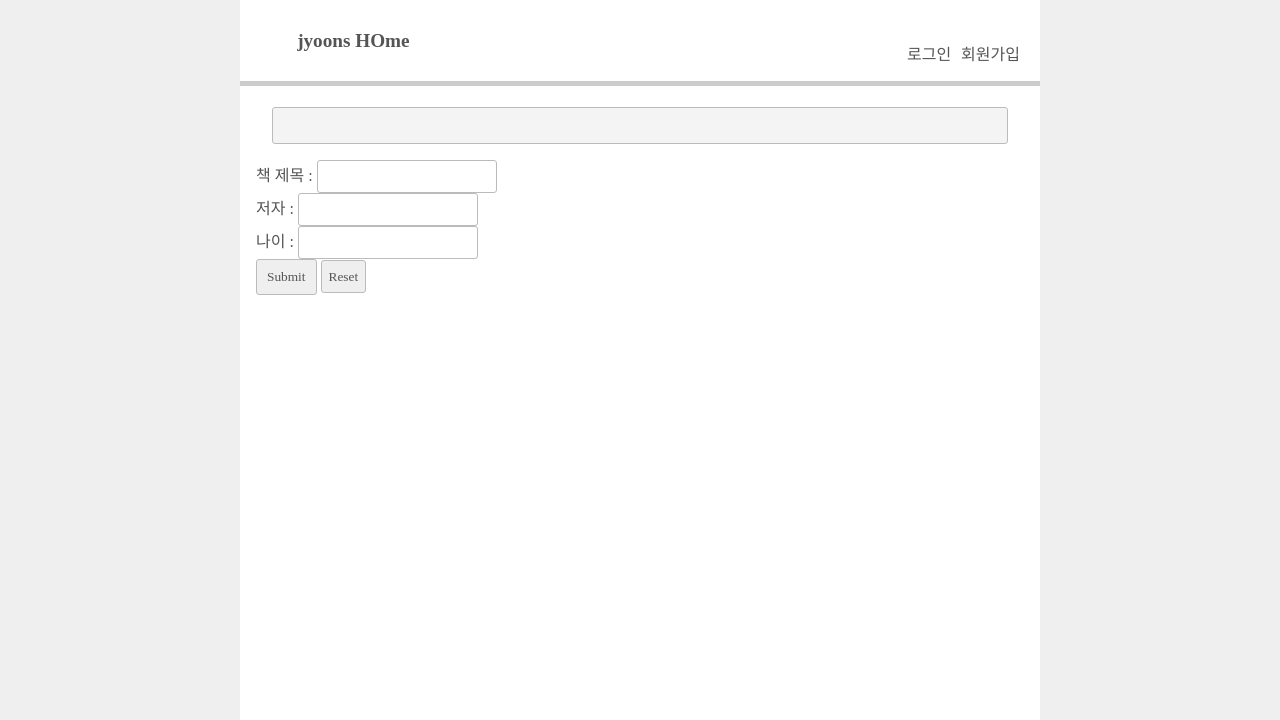
Repository: jyoons00/JSP-sample
Page: http://localhost/jspPro/days01/ex02.jsp
These files come from the project's save history. The page is drawn as it stood at one moment and after the next save; the edit follows.
The browser window is 1280 px wide. The pictures show the whole page.
Some web fonts or font styles are not loaded; a fallback is used. The page is served by Tomcat 9. Other server files are loaded and not shown.

Above is the page before, as saved 2024-10-15 05:08:20.

### jspPro/src/main/webapp/days01/ex02.jsp
<%@ page contentType="text/html; charset=UTF-8" pageEncoding="UTF-8"%>
<!DOCTYPE html>
<html>
<head>
<meta charset="UTF-8" />
<title>Insert title here</title>
<link rel="shortcut icon" type="image/x-icon"
	href="http://localhost/jspPro/images/SiSt.ico" />
<script
	src="https://ajax.googleapis.com/ajax/libs/jquery/3.7.1/jquery.min.js"></script>
<meta name="viewport" content="width=device-width, initial-scale=1.0" />
<link rel="stylesheet"
	href="http://localhost/jspPro/resources/cdn-main/example.css" />
<script src="http://localhost/jspPro/resources/cdn-main/example.js"></script>
<style>
span.material-symbols-outlined {
	vertical-align: text-bottom;
}
</style>
</head>
<body>
	<header>
		<h1 class="main">
			<a href="#" style="position: absolute; top: 30px">jyoons HOme</a>
		</h1>
		<ul>
			<li><a href="#">로그인</a></li>
			<li><a href="#">회원가입</a></li>
		</ul>
	</header>
	<div>
		<xmp class="code"> </xmp>

		<form action="ex02_el_ok.jsp">
			책 제목 : <input type="text" id="title" name="title"
				autofocus="autofocus"><br> 저자 : <input type="text"
				id="author" name="author" autofocus="autofocus"><br> 나이
			: <input type="text" id="age" name="age" autofocus="autofocus"><br>
			<!-- <button type="button">submit</button> -->
			<input type="submit"> <input type="reset">
		</form>
	</div>

	<script>
		function validateForm() {
			var title = document.getElementById("title").value;
			var author = document.getElementById("author").value;
			var age = document.getElementById("age").value;
			if (!title || !author) {
				alert("제목과 저자를 입력하세요");
				return false;
			}
			return true;
		}
	</script>
</body>
</html>

### jspPro/src/main/webapp/resources/cdn-main/example.css
@charset "UTF-8";

@import url('https://fonts.googleapis.com/css2?family=Material+Symbols+Outlined:opsz,wght,FILL,GRAD@20..48,100..700,0..1,-50..200');

@font-face {
    font-family: 'GmarketSansMedium';
    src: url('https://cdn.jsdelivr.net/gh/projectnoonnu/noonfonts_2001@1.1/GmarketSansMedium.woff') format('woff');
    font-weight: normal;
    font-style: normal;
}

:root {
	--text-color: #555;
	--sub-text-color: #777;
	--back-color: #EFEFEF;
	--header-color: #444;
	--primary-color: #DEDEDE;
	--secondary-color: #EFEFEF;
	--default-width: 800px;
	--narrow-width: 500px;
	--wide-width: 1200px;
	--text-font: 'GmarketSansMedium';
	--icon-font: 'Material Symbols Outlined';
	--border-color: #CCC;
}

html, body {
	margin: 0;
	padding: 0;
}

html {
	background-color: var(--back-color);
	display: flex;
	justify-content: center;
	min-height: 100vh;
}

body, body.default {
	width: var(--default-width);
	background-color: white;
	padding-bottom: 120px;
}

body.wide {
	width: var(--wide-width);
}

body.narrow {
	width: var(--narrow-width);
}



body, p, div, span, a, input, select, option, textarea, button, table, th, td, label, fieldset, legend {
	font-family: var(--text-font);
	color: var(--text-color);
}

h1, h2, h3 {
	font-family: var(--text-font);
	color: var(--header-color);
	padding: 0 1rem;
	padding-top: .5rem;
}

div > h1, div > h2, div > h3 {
	padding: 0;
}

body > div, body > main > div {
	padding: 0.3rem 1rem;
}


h1 { font-size: 2rem; border-bottom: 1px solid var(--border-color); }
h1 small { font-size: 1.2rem; color: var(--sub-text-color); }
h2 { font-size: 1.5rem; border-bottom: 1px dashed var(--border-color); }
h2 small { font-size: 1.1rem; color: --sub-text-color; }
h3 { font-size: 1.2rem; }
h3 small { font-size: 1rem; color: --sub-text-color; }



h1.main::before {
	font-family: var(--icon-font);
  	content: '\e666';
  	margin-right: 10px;
  	float: left;
	font-size: 2.5rem;
}

h1.sub::before {
	font-family: var(--icon-font);
  	content: '\ea19';
  	margin-right: 10px;
  	float: left;
	font-size: 2.5rem;
}


h1.page::before {
	font-family: var(--icon-font);
  	content: '\e0e0';
  	margin-right: 10px;
  	float: left;
	font-size: 2.5rem;
}

body > header > ul > li > .active{
	background-color: #FFF;
	color:#F00;
}

body > header {
	display: flex;
	justify-content: space-between;
	border-bottom: 5px solid var(--border-color);
	min-height: 74px;
	background-color: #FFF;
}

body > header.sticky {
	position: sticky;
	top: 0;
	z-index: 98;
}

body > header > h1 {
	font-size: 1.2rem;
	border: 0;
}

body > header.in > h1::before {
	font-family: var(--icon-font);
  	content: '\e332‥';
  	margin-right: 3px;
  	float: left;
	font-size: 2rem;
}


body > header > ul {
	list-style-type: none;
	display: flex;
	align-items: flex-end;
	margin-right: 10px;
}

body > header > ul > li {
	margin-right: 10px;
	cursor: pointer;
}

body > header > ul > li > a {
	cursor: pointer;
}


form {
	display: block;
}

form > div {
	padding: 0.3rem 1rem;
}

div > form > div {
	padding: 0.3rem 0;
}

input, textarea, button, select {
	border: 1px solid #BBB;
	border-radius: 3px;
	outline: none;
	resize: none;
	padding: 7px;
	margin: 0;
}

input[type=text]:read-only, textarea:read-only {
	cursor: not-allowed;
	background-color: #FFF;
}

input[type=text]:disabled, textarea:disabled {
	cursor: not-allowed;
	background-color: #EEE;
}

input[type=text], input[type=password], textarea, button, select {
	/* width: 300px; */
}

textarea {
	display: block;
	height: 100px;
}

input[type=button], input[type=submit], button {
	/* width: inherit; */
}

input.short, textarea.short, button.short, select.short {
	width: 100px;
}

input.long, textarea.long, button.long, select.long {
	width: 350px;
}

.narrow input.long, .narrow textarea.long, .narrow button.long, .narrow select.long {
	width: calc(100% - 20px);
}

input.full, textarea.full, button.full, select.full {
	width: calc(100% - 20px);
}

textarea.short {
	height: 50px;
}

textarea.long {
	height: 100px;
}

textarea.full {
	height: 200px;
}

input, textarea {
	padding-top: 8px;
}

input[type=button], input[type=submit], button {
	padding: 5px 10px;
	background-color: var(--secondary-color);
	cursor: pointer;
	min-height: 36px;
}

input[type=button].primary, input[type=submit].primary, button.primary {
	/* background-color: rgba(100, 149, 237, .2); */
	background-color: var(--primary-color);
}

input[type=button].primary:hover, input[type=submit].primary:hover, button.primary:hover {
	/* background-color: rgba(100, 149, 237, .3); */
	background-color: var(--secondary-color);
}

input[type=button]:hover, input[type=submit]:hover, button:hover {
	background-color: var(--primary-color);
}

button {
	position: relative;
	left: 0;
	top: 0;
	padding-left: 35px;
}

button .material-symbols-outlined {
	position: absolute;
	left: 10px;
	top: 4px;
}

/* k2nik add */
button.login::before {
	font-family: var(--icon-font);
  	content: '\ea77';
	position: absolute;
	left: 11px;
	top: 4px;
	font-size: 1.25rem;
}

/* k2nik logout */
button.logout::before {
	font-family: var(--icon-font);
  	content: '\e9ba';
	position: absolute;
	left: 11px;
	top: 4px;
	font-size: 1.25rem;
}

/* k2nik help */
button.help::before {
	font-family: var(--icon-font);
  	content: '\f1c0';
	position: absolute;
	left: 11px;
	top: 4px;
	font-size: 1.25rem;
}

button.add::before{
	font-family: var(--icon-font);
  	content: '\e746';
	position: absolute;
	left: 11px;
	top: 4px;
	font-size: 1.25rem;
}

button.back::before {
	font-family: var(--icon-font);
  	content: '\e166';
	position: absolute;
	left: 11px;
	top: 4px;
	font-size: 1.25rem;
}

button.list::before {
	font-family: var(--icon-font);
  	content: '\e0ee';
	position: absolute;
	left: 11px;
	top: 4px;
	font-size: 1.25rem;
}


button.del::before {
	font-family: var(--icon-font);
  	content: '\e872';
	position: absolute;
	left: 11px;
	top: 4px;
	font-size: 1.25rem;
}


button.edit::before {
	font-family: var(--icon-font);
  	content: '\e745';
	position: absolute;
	left: 11px;
	top: 4px;
	font-size: 1.25rem;
}


button.login::before {
	font-family: var(--icon-font);
  	content: '\ea77';
	position: absolute;
	left: 11px;
	top: 4px;
	font-size: 1.25rem;
}


button.logout::before {
	font-family: var(--icon-font);
  	content: '\e9ba';
	position: absolute;
	left: 11px;
	top: 4px;
	font-size: 1.25rem;
}


button.in::before {
	font-family: var(--icon-font);
  	content: '\f71a';
	position: absolute;
	left: 11px;
	top: 4px;
	font-size: 1.25rem;
}


button.out::before {
	font-family: var(--icon-font);
  	content: '\f70e';
	position: absolute;
	left: 11px;
	top: 4px;
	font-size: 1.25rem;
}


button.reply::before {
	font-family: var(--icon-font);
  	content: '\e15e';
	position: absolute;
	left: 11px;
	top: 4px;
	font-size: 1.25rem;
}


button.comment::before {
	font-family: var(--icon-font);
  	content: '\e0b9';
	position: absolute;
	left: 11px;
	top: 4px;
	font-size: 1.25rem;
}


button.modal::before {
	font-family: var(--icon-font);
  	content: '\e89e';
	position: absolute;
	left: 11px;
	top: 4px;
	font-size: 1.25rem;
}


button.ok::before {
	font-family: var(--icon-font);
  	content: '\e86c';
	position: absolute;
	left: 11px;
	top: 4px;
	font-size: 1.25rem;
}


button.cancel::before {
	font-family: var(--icon-font);
  	content: '\e5c9';
	position: absolute;
	left: 11px;
	top: 4px;
	font-size: 1.25rem;
}

button.search::before {
	font-family: var(--icon-font);
  	content: '\e8b6';
	position: absolute;
	left: 11px;
	top: 4px;
	font-size: 1.25rem;
}

button.home::before {
	font-family: var(--icon-font);
  	content: '\e88a';
	position: absolute;
	left: 11px;
	top: 4px;
	font-size: 1.25rem;
}


button.sidebar::before {
	font-family: var(--icon-font);
  	content: '\f7e4';
	position: absolute;
	left: 11px;
	top: 4px;
	font-size: 1.25rem;
}


button.sidebar-right::before {
	font-family: var(--icon-font);
  	content: '\f7e5';
	position: absolute;
	left: 11px;
	top: 4px;
	font-size: 1.25rem;
}




button::before {
	font-family: var(--icon-font);
  	content: '\e323';
	position: absolute;
	left: 11px;
	top: 4px;
	font-size: 1.25rem;
}


table {
	border-collapse: collapse;
	margin: 1rem;
	box-sizing: border-box;
	width: calc(100% - 32px);
}

table.content {
	width: auto;
}

div > table {
	margin: 0;
}

table th, table td {
	border: 1px solid var(--border-color);
	padding: 7px;
	font-weight: normal;
}

table th {
	background-color: var(--back-color);
}

table.vertical th {
	width: 150px;
}

table.vertical td {
	width: calc(100% - 182px);
	padding-left: 10px;
}

table.content td, table.content th {
	width: auto;
}

body.narrow table.vertical th {
	width: 100px;
}

body.narrow table.vertical td {
	width: calc(100% - 182px);
}


table + table {
	margin-top: 30px;
}


p {
	padding: 0 1rem;
}

a {
	text-decoration: none;
}

a:hover {
	color: rgba(255, 99, 71, .7);
}

hr {
	border: 0;
	border-top: 1px solid var(--border-color);
	margin: 2rem 0;
}

.message {
	border: 1px solid var(--border-color);
	background-color: #EFEFEF;
	margin: 1rem;
	width: auto;
	padding-top: 10px;
	padding-bottom: 10px;
	font-size: 14px;
}

.message[title]::before {
	content: attr(title);
	display: block;
	border-bottom: 1px solid var(--border-color);
	padding-bottom: 5px;
	margin-bottom: 10px;
	margin-top: 7px;
}

.message.short {
	max-width: 250px;
}

.message.long {
	max-width: 500px;
}

.badge {
	float: right;
	font-size: .8rem;
	margin-top: 2px;
	margin-right: 2px;
	text-shadow: 0 0 7px gray;
}

.badge.left {
	float: none;
	margin-left: 2px;
}

.badge.right {
	float: right;
}

.badge.red {
	border-radius: 50%;
	padding: 2px 5px;
	background-color: rgb(255, 99, 71, .3);
}

.badge.yellow {

	border-radius: 50%;
	padding: 2px 5px;
	background-color: rgb(255, 215, 0, .5);
}

.badge.blue {
	border-radius: 50%;
	padding: 2px 5px;
	background-color: rgb(100, 149, 237, .3);
}

label + label {
	margin-left: 7px;
}

label input[type=checkbox], label input[type=radio] {
	transform: translate(0, 1px);
}

.group {
	display: flex;
}

.modal-content .group {
	margin-bottom: .5rem;
}

.group label {
	border: 1px solid #BBB;
	border-radius: 3px;
	outline: none;
	resize: none;
	padding: 7px 14px;
	margin: 0;
	border-top-right-radius: 0;
	border-bottom-right-radius: 0;
	background-color: #EFEFEF;
	white-space: nowrap;
	font-size: 14px;
}

.group input[type=text] {
	margin-left: -1px;
	border-top-left-radius: 0;
	border-bottom-left-radius: 0;
}

.group select {
	margin-left: -1px;
	border-top-left-radius: 0;
	border-bottom-left-radius: 0;
}

.group input.full[type=text] {
	margin-left: -1px;
	border-top-left-radius: 0;
	border-bottom-left-radius: 0;
	width: 100%;
}

.group input[type=button]:first-child, .group button:first-child {
	border-top-left-radius: 3px;
	border-bottom-left-radius: 3px;
	margin-left: 0px;
}

.group input[type=button], .group button {
	border-radius: 0;
	margin-left: -1px;
}

.group input[type=button]:last-child, .group button:last-child {
	margin-left: -1px;
	border-top-right-radius: 3px;
	border-bottom-right-radius: 3px;
}

.seperate {
	display: flex;
	justify-content: space-between;
}

div.list {
	width: max-content;
	margin: 1rem;
	border: 1px solid #BBB;
	border-radius: 3px;
	padding: 0;
}

div.list.full {
	width: auto;
	display: block;
	margin: 1rem;
	border: 1px solid #BBB;
	border-radius: 3px;
	padding: 0;
}

div.list > div {
	padding: .5rem 1rem;
	margin: 0;
	border-bottom: 1px solid #BBB;
}

div.list > div:last-child {
	border-bottom: 0;
}

pre.code , xmp.code{
	font-family: consols;
	background-color: rgba(150, 150, 150, .1);
	border: 1px solid #BBB;
	border-radius: 3px;
	padding: .5rem 1rem;
	padding-bottom: .6rem;
	margin: 1rem;
}




*[data-modal-window] {
	position: fixed;
	background-color: rgba(0, 0, 0, .3);
	left: 0;
	top: 0;
	display: none;
	justify-content: center;
	align-items: flex-start;
	width: 100%;
	min-height: 100vh;
	z-index: 100;
	opacity: 0;
	transition: 500ms all;
}

*[data-modal-window] .modal-container {
	border-radius: 5px;
	padding: 1rem;
	padding-bottom: .5rem;
	margin-top: -500px;
	opacity: 0;
	width: 500px;
	background-color: #FFF;
	margin-right: 2rem;
	transition: 500ms all;
}

*[data-modal-size=content] .modal-container {
	width: auto;
}

*[data-modal-size=narrow] .modal-container {
	width: 300px;
}

*[data-modal-size=wide] .modal-container {
	width: 760px;
}


*[data-modal-window] .modal-header {
	border-bottom: 1px solid var(--border-color);
	padding: 2px 5px;
}

*[data-modal-window] .modal-content {
	padding: 1rem 5px;
}

*[data-modal-window] .modal-content div:last-child {
	margin-top: 1rem;
	text-align: right;
}



*[data-sidebar-window] {
	position: fixed;
	background-color: #FFF;
	left: 0;
	top: 0;
	display: block;
	width: 300px;
	border-right: 1px solid var(--border-color);
	box-sizing: border-box;
	box-shadow: 0 0 3px var(--back-color);
	min-height: 100vh;
	z-index: 99;
	transform: translate(-300px, 0);
	transition-duration: 500ms;
	transition-property: transform;
}

*[data-sidebar-direction=right] {
	left: auto;
	right: 0;
	transform: translate(300px, 0);
	border-left: 1px solid var(--border-color);
}

*[data-sidebar-size=wide] {
	width: 500px;
	transform: translate(-500px, 0);
}

*[data-sidebar-window] .sidebar-title {
	border-bottom: 1px solid var(--border-color);
	margin-top: 20px;
	margin-bottom: 20px;
	padding-bottom: 5px;
	display: flex;
	justify-content: space-between;
}

*[data-sidebar-window] .sidebar-title span:last-child {
	cursor: pointer;
}


/* K2Nik pagination */
.center {
  text-align: center;
}

.pagination {
  display: inline-block;
}

.pagination a {
  color: black;
  float: left;
  padding: 3px 6px;
  text-decoration: none;
  transition: background-color .3s;
  border: 1px solid #ddd;
  margin: 0 3px;
}

.pagination a.active {
  background-color: #4CAF50;
  color: white;
  border: 1px solid #4CAF50;
}

.pagination a:hover:not(.active) {background-color: #ddd;}

### jspPro/src/main/webapp/resources/cdn-main/example.js

window.onload = () => {

    const list = document.querySelectorAll('input, textarea');

    list.forEach(item => {
        item.setAttribute('autocomplete', 'off');
    });


    const modal_btn_list = document.querySelectorAll('*[data-modal-button]');

    modal_btn_list.forEach(item => {
        item.onclick = function() {

            const name = this.dataset['modalButton'];
            const modal_window = document.querySelector('*[data-modal-window=' + name);

            const container = document.createElement('div');
            container.className = 'modal-container';



            const modal_header = document.createElement('div');
            modal_header.textContent = modal_window.dataset['modalTitle'];
            modal_header.className = 'modal-header';
            container.appendChild(modal_header);

            const modal_content = document.createElement('div');
            modal_content.className = 'modal-content';
            container.appendChild(modal_content);

            Array.from(modal_window.childNodes).forEach(item => {
                modal_content.appendChild(item);
            });

            modal_window.appendChild(container);

            modal_window.style.display = 'flex';

            setTimeout(() => {
                modal_window.style.opacity = 1;
                container.style.marginTop = '20px';
                container.style.opacity = 1;
            }, 50);


            const modal_ok = document.querySelector('*[data-modal-ok=' + name);
            modal_ok.addEventListener('click', function() {
                modal_window.style.opacity = 0;
                container.style.marginTop = '-500px';
                container.style.opacity = 0;

                setTimeout(() => {
                    modal_window.innerHTML = modal_content.innerHTML;
                    modal_window.style.display = 'none';
                }, 500);

            });

            const modal_cancel = document.querySelector('*[data-modal-cancel=' + name);
            modal_cancel.addEventListener('click', function() {

                modal_window.style.opacity = 0;
                container.style.marginTop = '-500px';
                container.style.opacity = 0;

                setTimeout(() => {
                    modal_window.innerHTML = modal_content.innerHTML;
                    modal_window.style.display = 'none';
                }, 500);
            });


        };
    });


    const sidebar_btn_list = document.querySelectorAll('*[data-sidebar-button]');

    sidebar_btn_list.forEach(item => {
        item.onclick = function() {



            const name = this.dataset['sidebarButton'];
            const sidebar_window = document.querySelector('*[data-sidebar-window=' + name);

            if (sidebar_window.style.transform == 'translate(0px, 0px)') return;



            sidebar_window.style.transform = 'translate(0, 0)';

            const sidebar_title = document.createElement('div');
            sidebar_title.className = 'sidebar-title';
            sidebar_title.innerHTML = '<span>' + sidebar_window.dataset['sidebarTitle'] + '</span><span class="material-symbols-outlined">close</span>';

            sidebar_title.children[1].onclick = function() {

                let sign = 1;
                let distance = 300;

                if (sidebar_window.dataset['sidebarDirection'] != 'right') {
                    sign = -1;
                } else {
                    sign = 1;
                }

                if (sidebar_window.dataset['sidebarSize'] != 'wide') {
                    distance = 300;
                } else {
                    distance = 500;
                }

                distance *= sign;

                sidebar_window.style.transform = 'translate(' + distance + 'px, 0)';

                setTimeout(function() {
                    sidebar_window.removeChild(sidebar_window.children[0]);
                }, 500);
            };


            sidebar_window.prepend(sidebar_title);

        }
    });

};

// window.onkeydown = function(event) {

//     if (event.keyCode == 27) {
//         if (document.querySelector('[data-modal-window').style.display == 'flex') {
//             document.querySelector('[data-modal-window').style.display = 'none';
//         }
//     }

// };

After the next save:
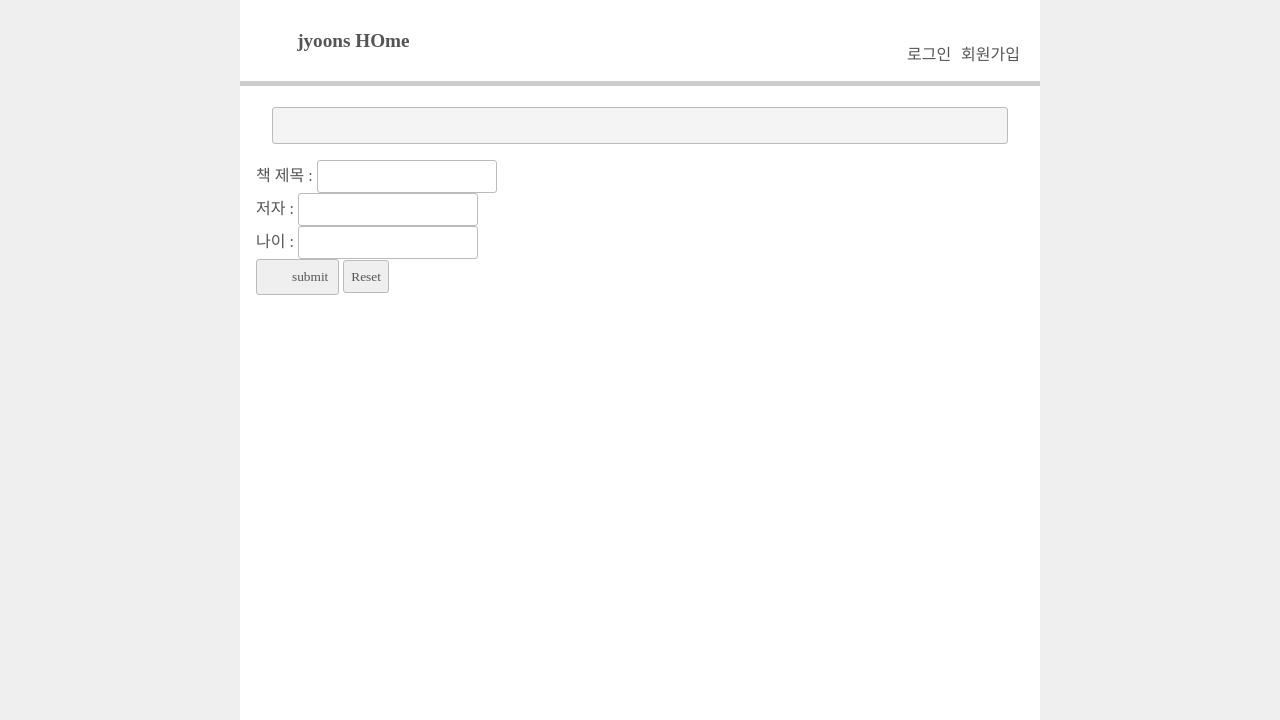
Saved 84 s later.
--- a/jspPro/src/main/webapp/days01/ex02.jsp
+++ b/jspPro/src/main/webapp/days01/ex02.jsp
@@ -37,7 +37,8 @@
 				id="author" name="author" autofocus="autofocus"><br> 나이
 			: <input type="text" id="age" name="age" autofocus="autofocus"><br>
 			<!-- <button type="button">submit</button> -->
-			<input type="submit"> <input type="reset">
+			<button type="button" onclick="validateForm()">submit</button>
+			<input type="reset">
 		</form>
 	</div>
 
